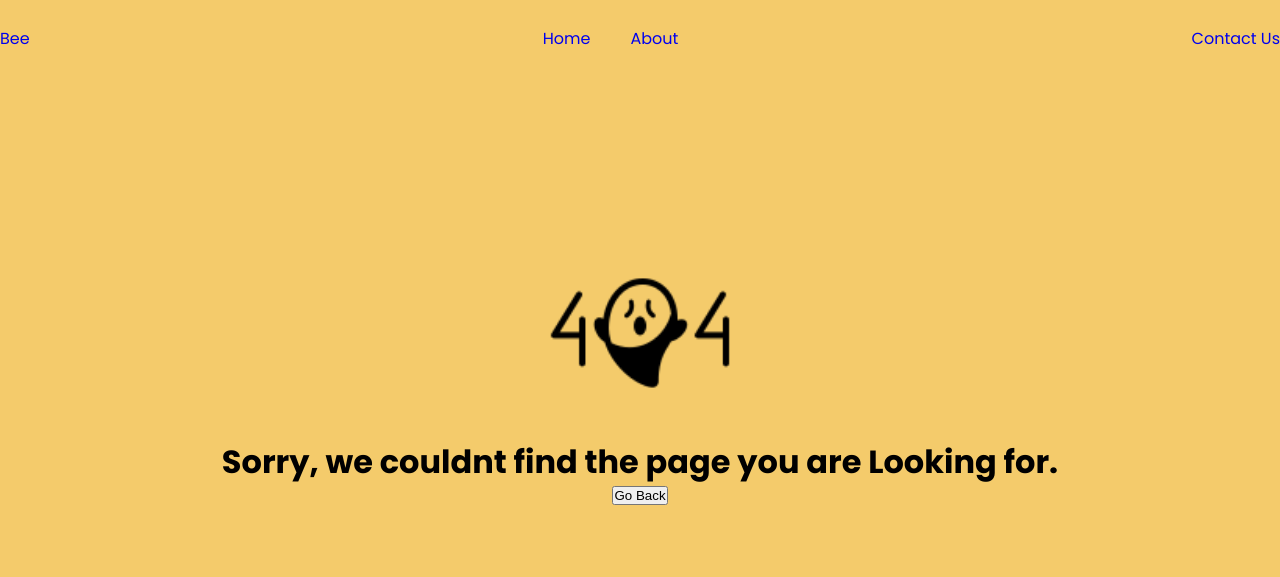
Repository: ble-syn/Random-user-generator-app
Page: /not-found
These files come from the project's save history. The page is drawn as it stood at one moment and after the next save; the edit follows.
The browser window is 1280 px wide. The pictures show the whole page.
The project was rebuilt for these pictures with package versions that can differ from the ones it lists, and the page was loaded fresh each time. Also part of the build but not shown: src/components/pagination.jsx, src/components/ErrorFallback.jsx, src/components/User.jsx, src/pages/Home.jsx, src/pages/About.jsx, src/pages/Policy.jsx, src/pages/Terms.jsx, src/pages/Contact.jsx.

Above is the page before, as saved 2022-10-28 17:35:02.

After the next save:
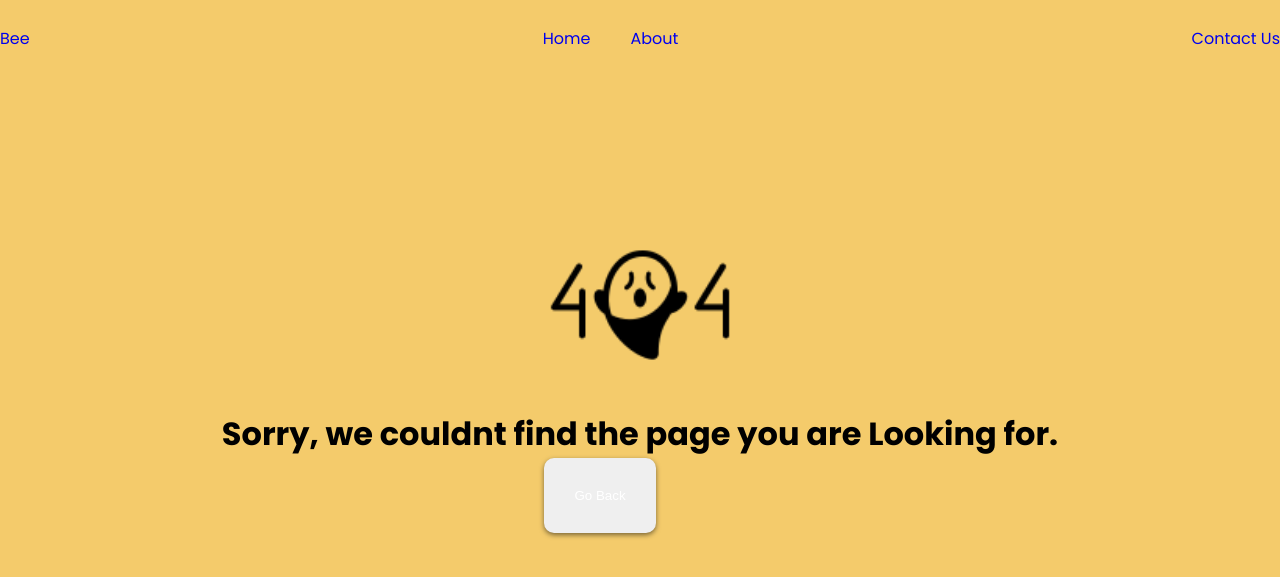
Saved 52 s later.
--- a/src/pages/NotFound.jsx
+++ b/src/pages/NotFound.jsx
@@ -11,7 +11,7 @@
   return <div className="notfound">
     <img src={error404} alt="404 error" />
     <p>Sorry, we couldnt find the page you are Looking for.</p>
-    <button onClick={goHome}>Go Back</button>
+    <button className="user-link" onClick={goHome}>Go Back</button>
   </div>;
 }
 

After the save that followed:
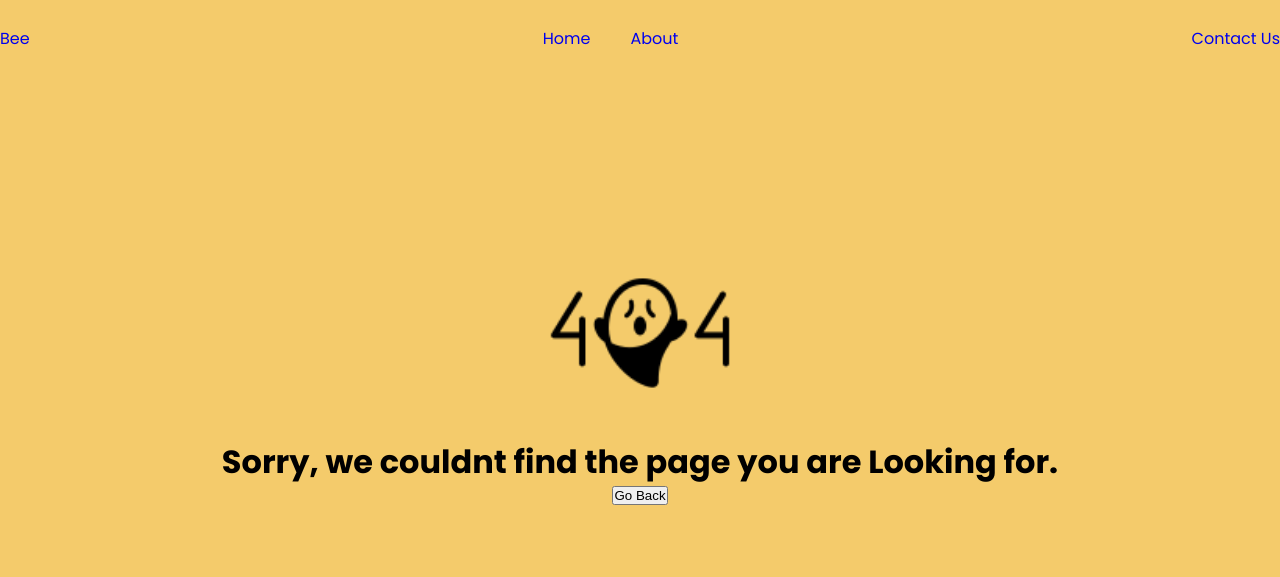
Saved 22 s later.
--- a/src/pages/NotFound.jsx
+++ b/src/pages/NotFound.jsx
@@ -11,7 +11,7 @@
   return <div className="notfound">
     <img src={error404} alt="404 error" />
     <p>Sorry, we couldnt find the page you are Looking for.</p>
-    <button className="user-link" onClick={goHome}>Go Back</button>
+    <button onClick={goHome}>Go Back</button>
   </div>;
 }
 
